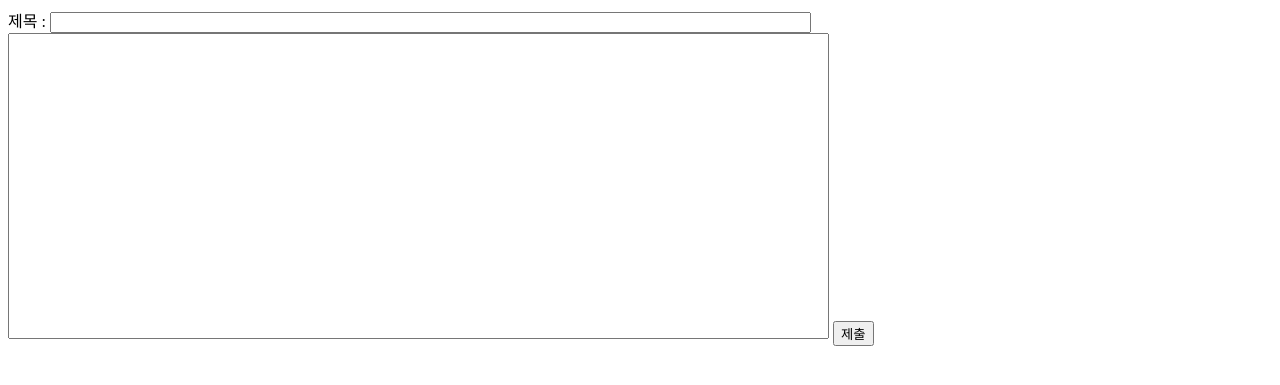
Repository: minimelody/servlet
Page: http://localhost/web2/views/notice/noticeWriteReady.jsp
These files come from the project's save history. The page is drawn as it stood at one moment and after the next save; the edit follows.
The browser window is 1280 px wide. The pictures show the whole page.
The page is served by Tomcat 9.

Above is the page before, as saved 2018-05-29 07:56:57.

After the next save:
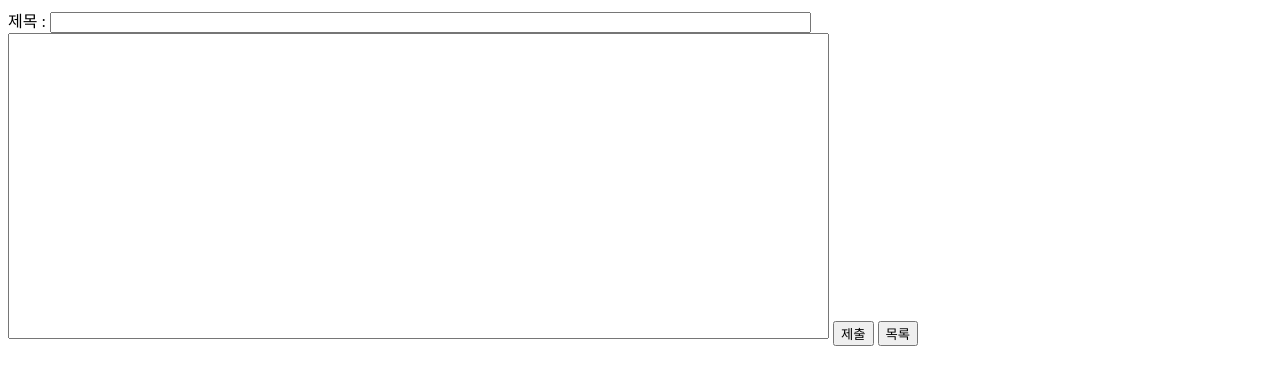
Saved 7 min 23 s later.
--- a/webworkspace2/web2/WebContent/views/notice/noticeWriteReady.jsp
+++ b/webworkspace2/web2/WebContent/views/notice/noticeWriteReady.jsp
@@ -11,6 +11,12 @@
 	제목 : <input type="text" name="subject" size=92><br>
 	<textarea rows="20" cols="100" name="contents" style="resize:none;"></textarea>
 	<input type="submit" value="제출">
+	<button type="button" onclick="back();">목록</button>
 </form>
+<script>
+	function back(){
+		history.go(-1);
+	}
+</script>
 </body>
 </html>
